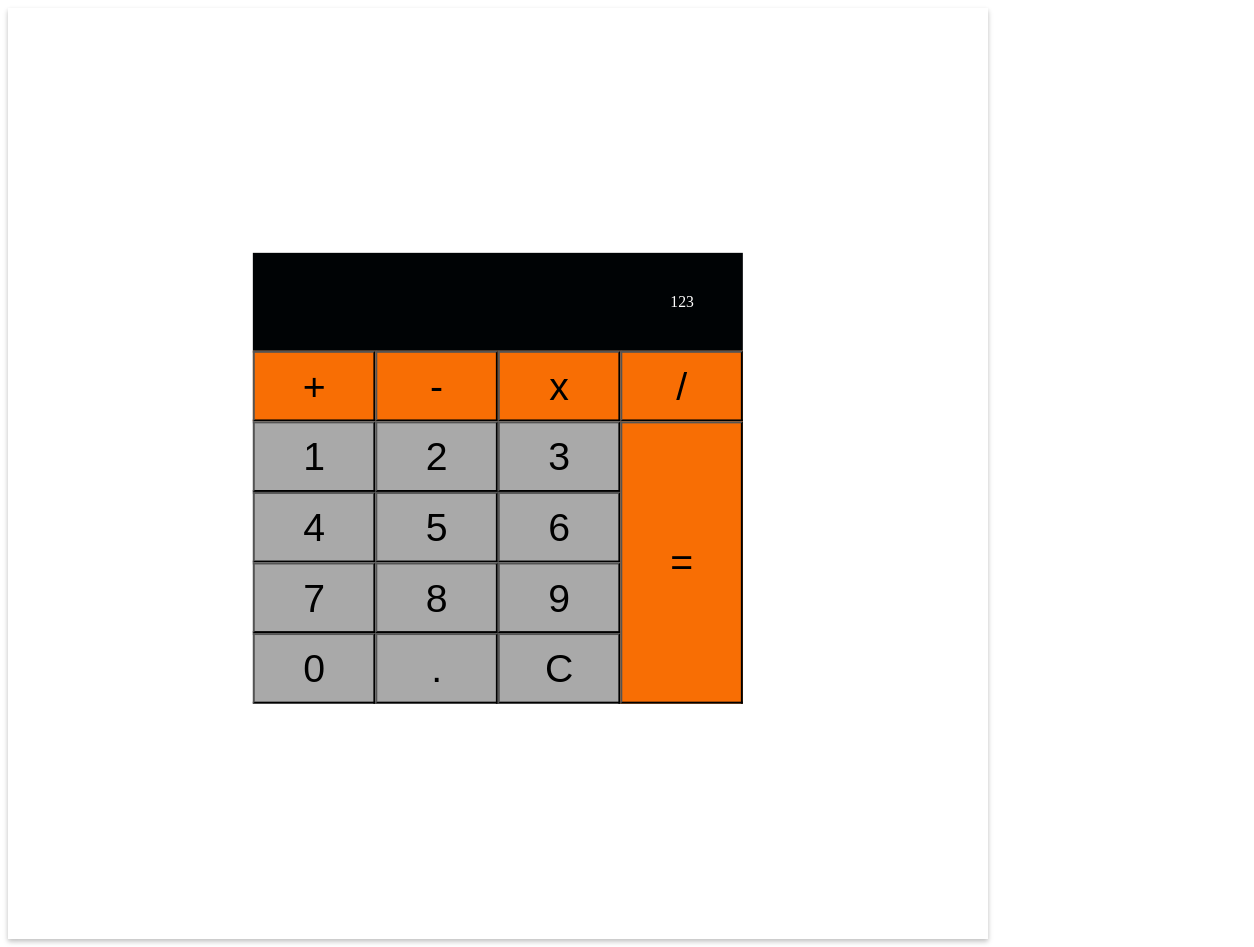
Repository: TEazy2433/LAB-calculator
Page: index.html
An editor plug-in stored every save of this project. The page is shown before and after the next save, followed by the edit.
The browser window is 1280 px wide. The pictures show the whole page, at 98% of full size.

Above is the page before, as saved 2023-10-14 12:02:50.

### index.html
<!DOCTYPE html>
<html lang="en">
<head>
  <meta charset="UTF-8">
  <meta name="viewport" content="width=device-width, initial-scale=1.0">
  <title>calculator</title>
  <link rel="stylesheet" href="main.css">


</head>
<body>
  <div class="calculator">
    <div class="display">123</div>
    <div class="calculator_keys">
      <button class="calculator_key key--operator">+</button>
      <button class="calculator_key key--operator">-</button>
      <button class="calculator_key key--operator">x</button>
      <button class="calculator_key key--operator">/</button>
      <button class="calculator_key">1</button>
      <button class="calculator_key">2</button>
      <button class="calculator_key">3</button>
      <button class="calculator_key">4</button>
      <button class="calculator_key">5</button>
      <button class="calculator_key">6</button>
      <button class="calculator_key">7</button>
      <button class="calculator_key">8</button>
      <button class="calculator_key">9</button>
      <button class="calculator_key">0</button>
      <button class="calculator_key">.</button>
      <button class="calculator_key">C</button>
      <button class="calculator_key key--enter">=</button>
    </div>
  </div>

</body>
</html>

### main.css
.calculator{
  overflow: hidden;
  box-shadow: 0px 3px 6px 0px rgba(0, 0, 0, 0.15), 0px 2px 4px 0px rgba(0, 0, 0, 0.12);
  width: 500px;
  display: flex;
  flex-wrap: wrap;
  border-color: black ;
  padding: 250px;
  height: 450px;
}
.display{
  display: grid;
  align-items: center;
  justify-content: end;
  background: hsl(210, 100%, 1%);
  color: hsl(255, 100%, 100%);
  width: 100%;
  height: 100px;
  padding-right: 50px;
  border-color: black;
  pointer-events: none;
}

.calculator_keys{
  display: grid;
  grid-template-columns: repeat(4,1fr);
  width: 500vh;
  height: 50vh;
  border-color: black;
}
.calculator_key{
  font-size: 40px;
  background: darkgrey;
  border-color: black
}
.key--operator{
  background: rgb(248, 110, 4);
}
.key--enter{
  grid-column: 4 / 5;
  grid-row: 2/ span 4;
  background-color: rgb(248, 110, 4);
}

After the next save:
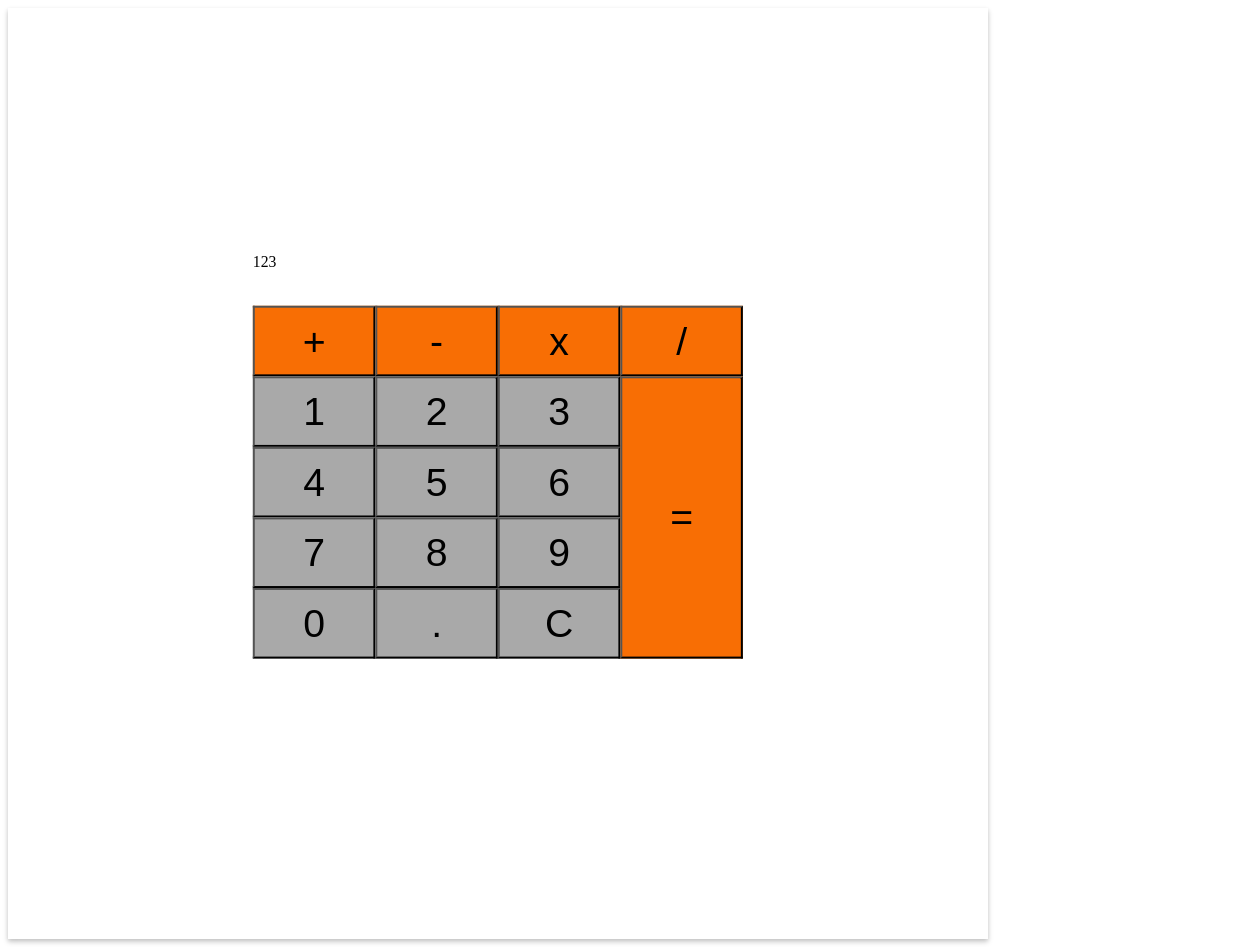
Saved 2 min 3 s later.
--- a/main.css
+++ b/main.css
@@ -9,16 +9,7 @@
   height: 450px;
 }
 .display{
-  display: grid;
-  align-items: center;
-  justify-content: end;
-  background: hsl(210, 100%, 1%);
-  color: hsl(255, 100%, 100%);
-  width: 100%;
-  height: 100px;
-  padding-right: 50px;
-  border-color: black;
-  pointer-events: none;
+  grid-column: 1/4;
 }
 
 .calculator_keys{
